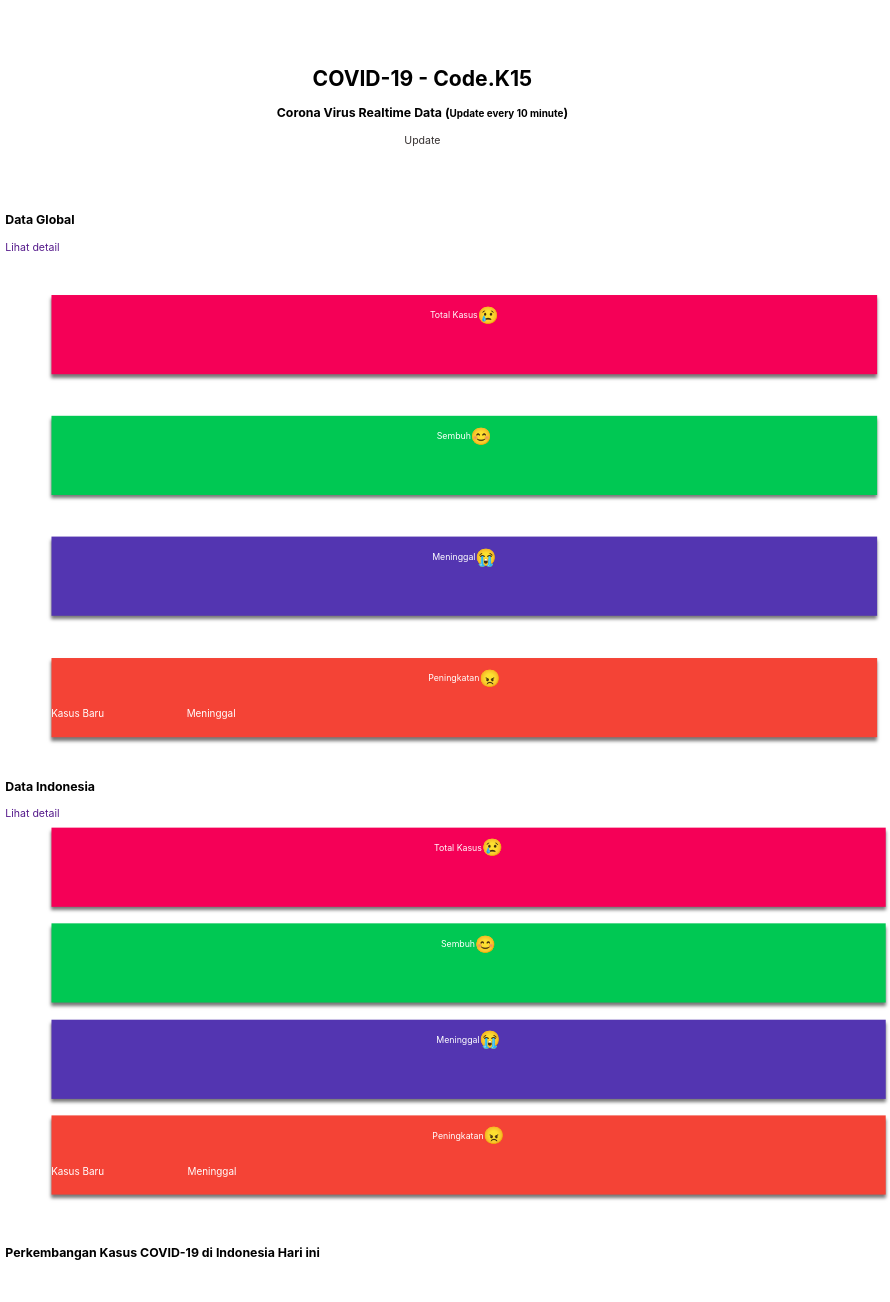
Repository: fathur15/covid19-monitoring
Page: http://localhost/covid19/apps/views/data/main/dashboard.php
An editor plug-in stored every save of this project. The page is shown before and after the next save, followed by the edit.
The browser window is 1280 px wide. The page is 1348 px wide, so the pictures cover 1348 px, including what lies to the right of the window. The pictures show the whole page, at 66% of full size.
The page is run by PHP 8.4 with error messages shown; the project is at /var/www/html/.

Above is the page before, as saved 2020-04-17 11:26:50.

After the next save:
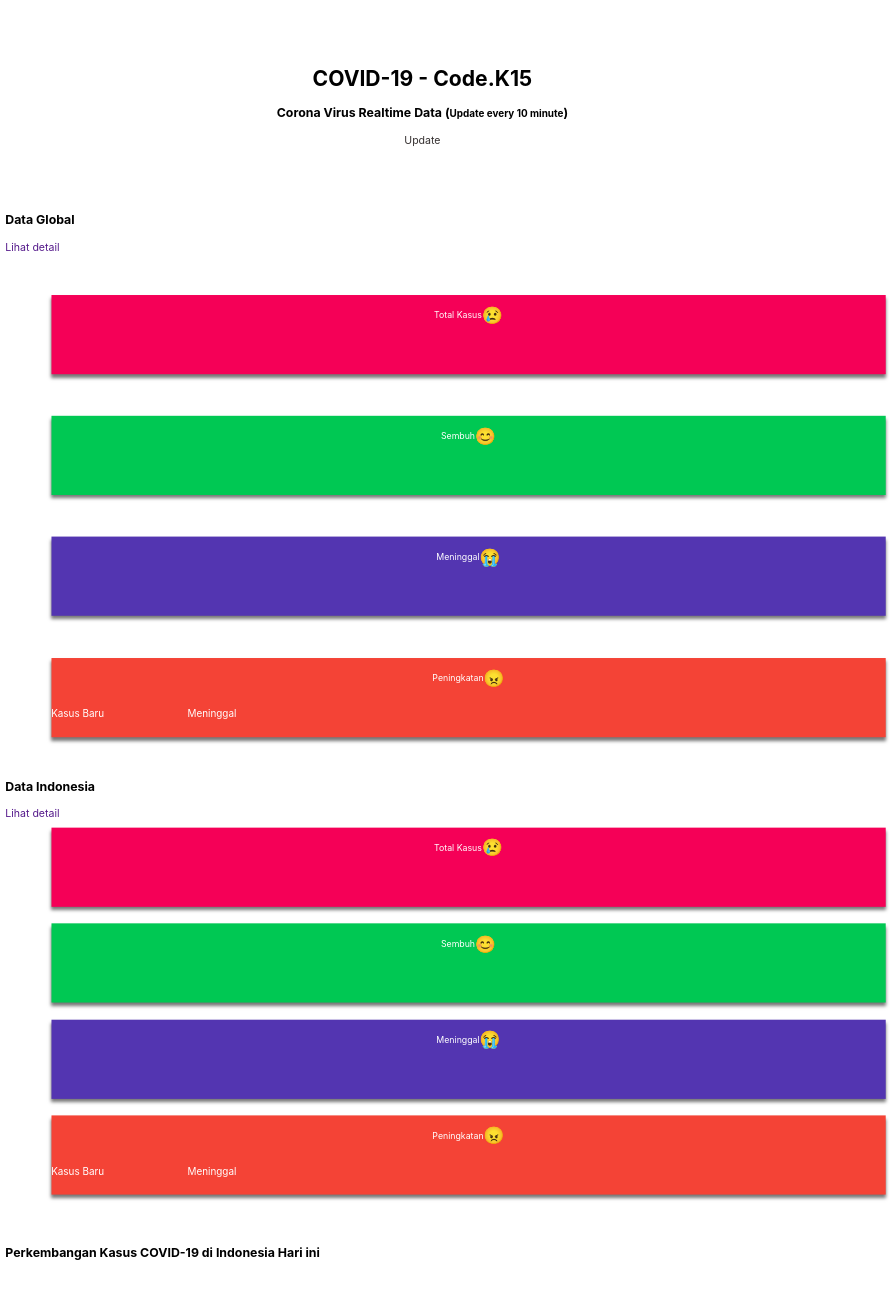
Saved 5 min 6 s later.
--- a/apps/views/data/main/dashboard.php
+++ b/apps/views/data/main/dashboard.php
@@ -41,48 +41,56 @@
                     <a style="text-decoration: none" href="">Lihat detail  <i class="fas fa-long-arrow-alt-right" aria-hidden="true"></i></a>
                 </div>
                 <div id="resumeGlobal" class="row resume" style="width: 100%; margin: 0 5%" >
-                        <div class="card col-sm-3 shadow-box" style="background: #f50057; margin:5% 0.5%; align-items: center; height: 120px ">
-                            <div class="card-body">
-                                <div style="flex-direction: row; display: flex; justify-content: center; align-items: center">
-                                    <h5 id="title-kasus-global" class="card-text">Total Kasus</h5>
-                                    <span style="color: black; font-size: 25px; text-shadow: 0 0 0 yellow">&#x1F622</span>
+                        <div class ="col-sm-12 col-md-6 col-lg-6 col-xl-3">
+                            <div class="card shadow-box" style="width: 100%; background: #f50057; margin:5% 0.5%; align-items: center; height: 120px ">
+                                <div class="card-body">
+                                    <div style="flex-direction: row; display: flex; justify-content: center; align-items: center">
+                                        <h5 id="title-kasus-global" class="card-text">Total Kasus</h5>
+                                        <span style="color: black; font-size: 25px; text-shadow: 0 0 0 yellow">&#x1F622</span>
+                                    </div>
+                                    <p class="card-text" id="kasus-global"></p>
                                 </div>
-                                <p class="card-text" id="kasus-global"></p>
                             </div>
                         </div>
-                        <div class="col-sm-3 shadow-box" style="background: #00c853; margin: 5% 0.5%; align-items: center; height: 120px ">
-                            <div class="card-body">
-                                <div style="flex-direction: row; display: flex; justify-content: center; align-items: center">
-                                    <h5 id="title-kasus-global" class="card-text">Sembuh</h5>
-                                    <span style="color: black; font-size: 25px; text-shadow: 0 0 0 yellow">&#x1F60A</span>
+                        <div class ="col-sm-12 col-md-6 col-lg-6 col-xl-3">
+                            <div class="card shadow-box" style="width:100%; background: #00c853; margin: 5% 0.5%; align-items: center; height: 120px ">
+                                <div class="card-body">
+                                    <div style="flex-direction: row; display: flex; justify-content: center; align-items: center">
+                                        <h5 id="title-kasus-global" class="card-text">Sembuh</h5>
+                                        <span style="color: black; font-size: 25px; text-shadow: 0 0 0 yellow">&#x1F60A</span>
+                                    </div>
+                                    <p class="card-text" id="sembuh-global"></p>
+                                    <!-- <p style="">Orang</p> -->
                                 </div>
-                                <p class="card-text" id="sembuh-global"></p>
-                                <!-- <p style="">Orang</p> -->
                             </div>
                         </div>
-                        <div class=" card col-sm-3 shadow-box" style="margin:5% 0.5%;height: 120px;align-items: center;  background :#5335b1">
-                            <div class="card-body">
-                                <div style="flex-direction: row; display: flex; justify-content: center; align-items: center;">
-                                    <h5 id="title-kasus-global" class="card-text">Meninggal</h5>
-                                    <span style="color: black; font-size: 25px; text-shadow: 0 0 0 yellow">&#x1F62D</span>
+                        <div class ="col-sm-12 col-md-6 col-lg-6 col-xl-3">
+                            <div class="card shadow-box" style="width: 100%; margin:5% 0.5%;height: 120px;align-items: center;  background :#5335b1">
+                                <div class="card-body">
+                                    <div style="flex-direction: row; display: flex; justify-content: center; align-items: center;">
+                                        <h5 id="title-kasus-global" class="card-text">Meninggal</h5>
+                                        <span style="color: black; font-size: 25px; text-shadow: 0 0 0 yellow">&#x1F62D</span>
+                                    </div>
+                                    <p class="card-text" id="meninggal-global"></p>
+                                    <!-- <p style="">Orang</p> -->
                                 </div>
-                                <p class="card-text" id="meninggal-global"></p>
-                                <!-- <p style="">Orang</p> -->
                             </div>
                         </div>
-                        <div class="card col-sm-3 shadow-box" style="margin:5% 0.5%; height: 120px; background: #f44336">
-                            <div class="card-body">
-                                <div style="flex-direction: row; display: flex; justify-content: center; align-items: center;">
-                                    <h5 id="title-kasus-global" class="card-text">Peningkatan</h5>
-                                    <span style="color: black; font-size: 25px; text-shadow: 0 0 0 yellow">&#x1F620</span>
-                                </div>
-                                <div style="flex-direction: row; display: flex;">
-                                    <p style="font-size: 15px">Kasus Baru</p>
-                                    <p style="margin-left: 10%; font-size: 15px">Meninggal </p>
-                                </div>
-                                <div style="display: flex; margin-top: -9%">
-                                    <p style="font-size: 15px" class="card-text" id="kasus-baru-global"></p>
-                                    <p style="margin-left: 10%; font-size: 15px" class="card-text" id="meninggal-baru-global"></p>
+                        <div class ="col-sm-12 col-md-6 col-lg-6 col-xl-3">
+                            <div class="card shadow-box" style="width: 100%; margin:5% 0.5%; height: 120px; background: #f44336">
+                                <div class="card-body">
+                                    <div style="flex-direction: row; display: flex; justify-content: center; align-items: center;">
+                                        <h5 id="title-kasus-global" class="card-text">Peningkatan</h5>
+                                        <span style="color: black; font-size: 25px; text-shadow: 0 0 0 yellow">&#x1F620</span>
+                                    </div>
+                                    <div style="flex-direction: row; display: flex;">
+                                        <p style="font-size: 15px">Kasus Baru</p>
+                                        <p style="margin-left: 10%; font-size: 15px">Meninggal </p>
+                                    </div>
+                                    <div style="display: flex; margin-top: -9%">
+                                        <p style="font-size: 15px" class="card-text" id="kasus-baru-global"></p>
+                                        <p style="margin-left: 10%; font-size: 15px" class="card-text" id="meninggal-baru-global"></p>
+                                    </div>
                                 </div>
                             </div>
                         </div>
